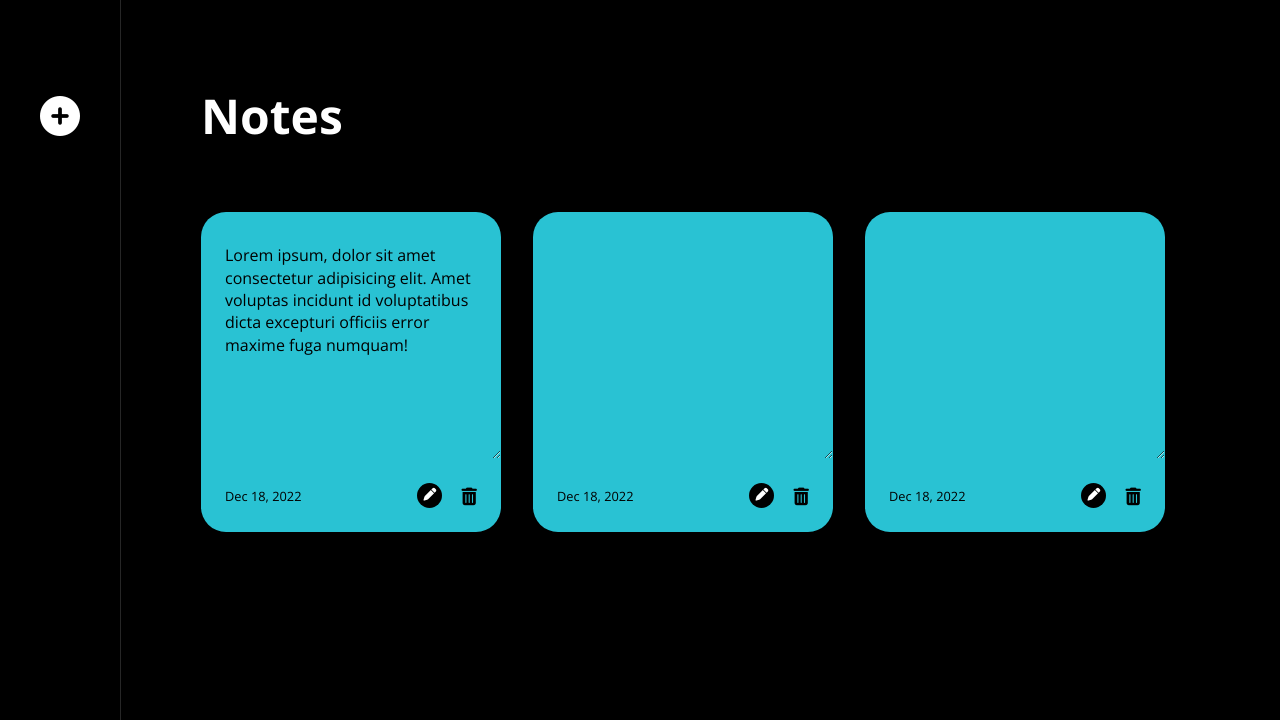
Repository: emiliaiwu/notes_app
Page: index.html
An editor plug-in stored every save of this project. The page is shown before and after the next save, followed by the edit.
The browser window is 1280 px wide. The pictures show the whole page.
An inner scrolling area shows only its first screen. Some web libraries are served in a nearby version.

Above is the page before, as saved 2022-12-21 00:15:34.

After the next save:
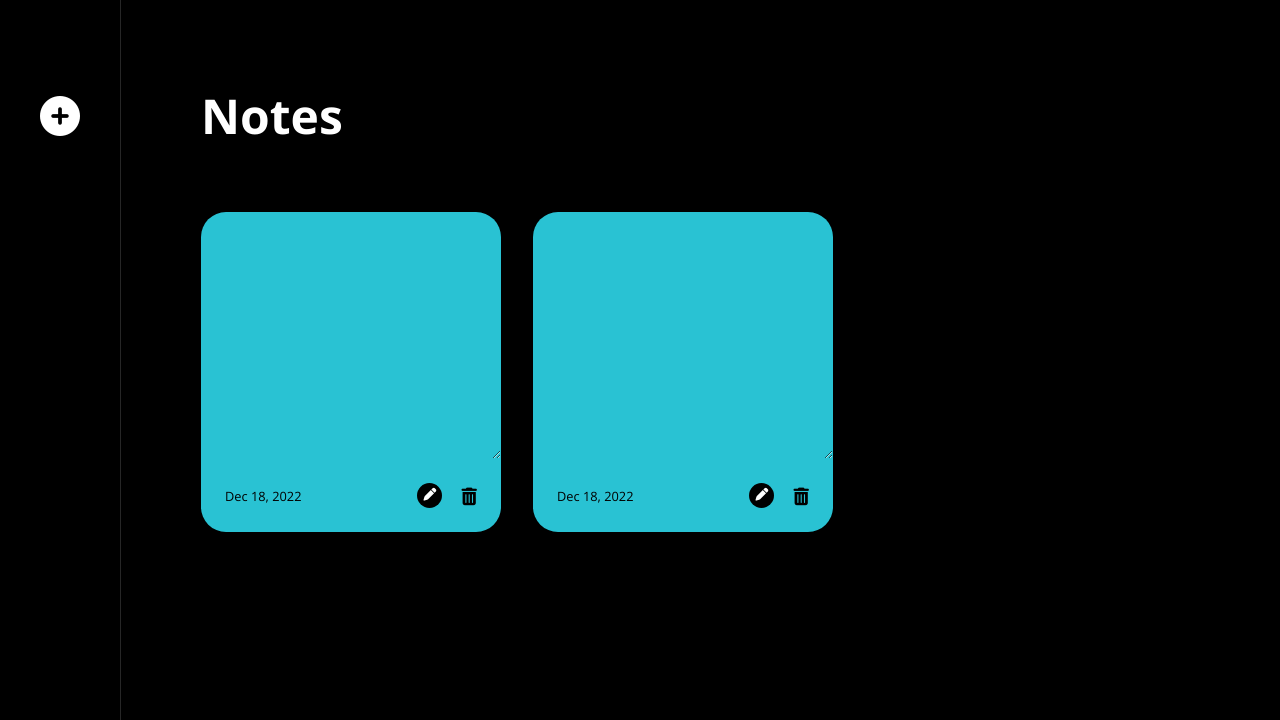
Saved 8 s later.
--- a/index.html
+++ b/index.html
@@ -46,27 +46,6 @@
                     </ul>
 
                 </div> -->
-
-                <div class="note addNote">
-                    <textarea class="textarea">Lorem ipsum, dolor sit amet consectetur adipisicing elit. Amet voluptas incidunt id voluptatibus dicta excepturi officiis error maxime fuga numquam!
-                    </textarea>
-                    <div class="footer close">
-                        <div class="date">Dec 18, 2022</div>
-                        <div class="edit_delete">
-                           <div class="edit"><i class="fa-solid fa-pen"></i></div>
-                           <div class="delete"><i class="fa-solid fa-trash-can"></i></div>
-                        </div>
-                    </div>
-                    <ul class="footer open">
-                        <li class="bold"><span>Bold</span><i class="fa-solid fa-bold"></i></li>
-                        <li class="italic"><span>Italic</span><i class="fa-solid fa-italic"></i></li>
-                        <li class="underline"><span>Underline</span><i class="fa-solid fa-underline"></i></li>
-                        <li class="strikethrough"><span>strikethrough</span><i class="fa-solid fa-strikethrough"></i></li>
-                        <li class="toggleBtn"><span>Toggle List</span><i class="fa-solid fa-list-ul"></i></li>
-                        <li class="add_image"><span>Add Image</span><i class="fa-solid fa-image"></i></li>
-                    </ul>
-
-                </div>
 
                 <div class="note addNote">
                     <textarea class="textarea"></textarea>
